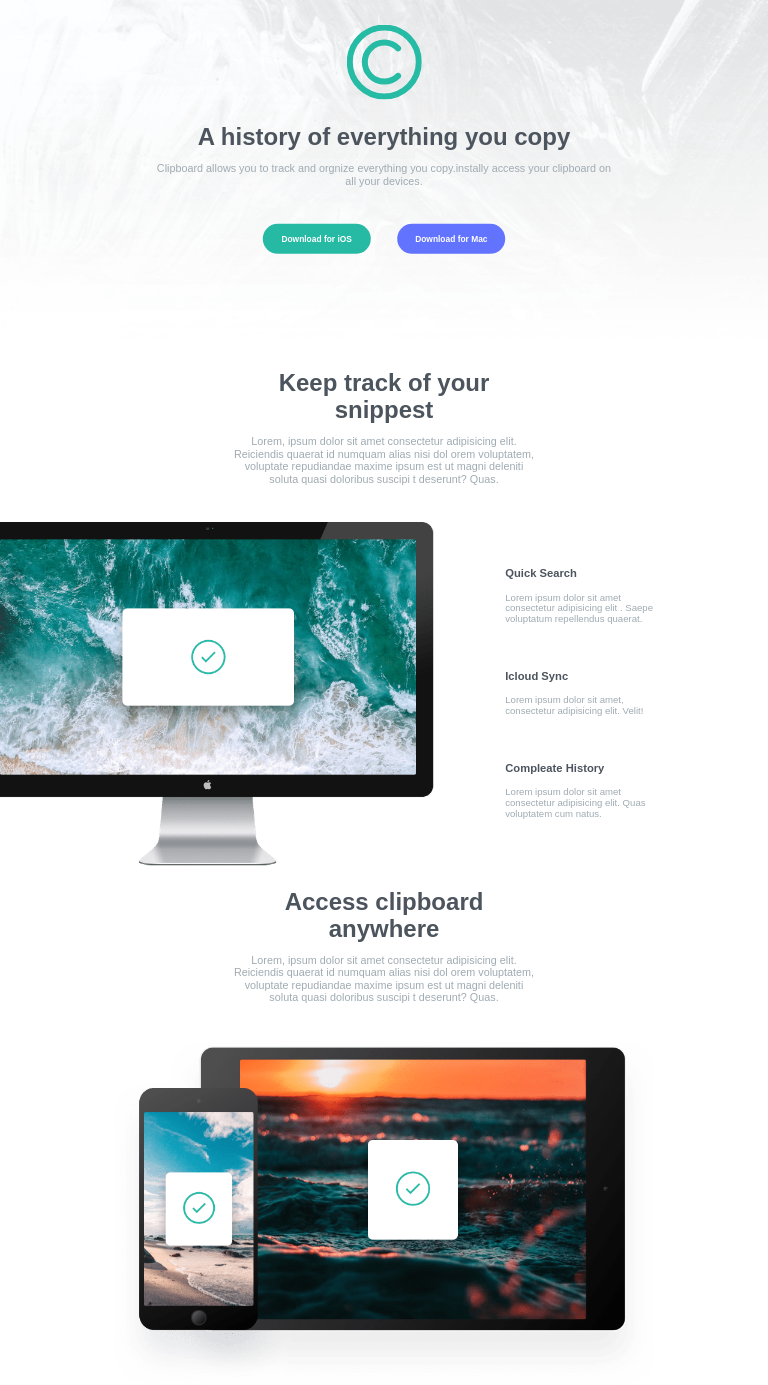
Repository: AbuMulla-Mohammad/clipboard
Page: index.html
An editor plug-in stored every save of this project. The page is shown before and after the next save, followed by the edit.
The browser window is 1280 px wide. The pictures show the whole page, at 60% of full size.
Some web fonts or font styles are not loaded; a fallback is used.

Above is the page before, as saved 2023-11-01 10:53:09.

### index.html
<!DOCTYPE html>
<html lang="en">
<head>
    <meta charset="UTF-8">
    <meta name="viewport" content="width=device-width, initial-scale=1.0">
    <!-- linke the font family -->
    <link rel="preconnect" href="https://fonts.googleapis.com">
    <link rel="preconnect" href="https://fonts.gstatic.com" crossorigin>
    <link href="https://fonts.googleapis.com/css2?family=Bai+Jamjuree:wght@400;600&display=swap" rel="stylesheet">
    <!-- main project style -->
    <link rel="stylesheet" href="css/style.css">
    <title>Document</title>
</head>
<body>

    <!-- start master section -->
<div class="master-section">
    <div class="container">
        <div class="logo">
            <img src="images/logo.svg" alt="logo ">
        </div>
        <div class="content">
            <h1>A history of everything you copy</h1>
            <p>Clipboard allows you to track and orgnize everything you copy.instally access your clipboard on all your devices.</p>
        </div>
        <form action="">
            <input class="ios" type="button" value="Download for iOS">
            <input class="mac" type="button" value="Download for Mac">
        </form>
    </div>
</div>
<!-- end master section -->
<!-- start track -->
<div class="track">
    <div class="contianer">
        <div class="main-heading">
            <h2>Keep track of your snippest</h2>
            <p>Lorem, ipsum dolor sit amet consectetur adipisicing
                elit. Reiciendis quaerat id numquam alias nisi dol
                orem voluptatem, voluptate repudiandae maxime ipsum
                est ut magni deleniti soluta quasi doloribus suscipi
                t deserunt? Quas.
            </p>

        </div>
    </div>
    <img src="images/image-computer.png" alt="computer">
    <!-- <div class="clr"></div> -->
    <div class="items">
        <div class="item">
            <h3>quick search</h3>
            <p>Lorem ipsum dolor sit amet consectetur adipisicing elit
                . Saepe voluptatum repellendus quaerat.</p>
        </div>
        <div class="item">
            <h3>icloud sync</h3>
            <p>Lorem ipsum dolor sit amet, consectetur adipisicing elit. Velit!</p>
        </div>
        <div class="item">
            <h3>compleate history</h3>
            <p>Lorem ipsum dolor sit amet consectetur adipisicing elit. Quas voluptatem cum natus.</p>
        </div>
    </div>
</div>
<!-- end track -->
<!--  -->
<div class="access">
    <div class="main-heading">
        <h2>Access clipboard anywhere</h2>
        <p>Lorem, ipsum dolor sit amet consectetur adipisicing
            elit. Reiciendis quaerat id numquam alias nisi dol
            orem voluptatem, voluptate repudiandae maxime ipsum
            est ut magni deleniti soluta quasi doloribus suscipi
            t deserunt? Quas.
        </p>

    </div>
    <div class="image">
        <img src="images/image-devices.png" alt="devices">
    </div>
</div>


</body>
</html>

### css/style.css
/* start global rules */
*{
    padding: 0;
    margin: 0;
    box-sizing: border-box;
}
img{
    display: block;
}
.clr{
    clear: both;
}
:root{
    --Strong-Cyan: hsl(171, 66%, 44%);
    --Light-Blue: hsl(233, 100%, 69%);
    --Dark-Grayish-Blue: hsl(210, 10%, 33%);
    --Grayish-Blue: hsl(201, 11%, 66%);
}
body{
    font-family: "Bai Jamjuree",sans-serif;
}

.container{
    width: 60%;
    margin: 0 auto 0;

}
.main-heading{
    padding: 40px 0;
    text-align: center;
    margin: auto;
    width: 40%;
}
.main-heading h2{
    margin-bottom: 20px;
    font-size: 40px;
    color: var(--Dark-Grayish-Blue);
    font-weight: 600;
}
.main-heading p{
    font-size: 18px;
    color: var(--Grayish-Blue);
    margin-bottom: 20px;
}
/* end */
/* start master section */
.master-section{
    background-image: url(../images/bg-header-desktop.png);
    height: 80vh;
    background-size: cover;
    text-align: center;
    padding-top: 1px;
}
.master-section .logo{
    margin: 40px auto;
}
.master-section .logo img{
    margin: 0 auto 0;
}
.master-section .content h1{
    margin-bottom: 20px;
    font-weight: 600;
    color: var(--Dark-Grayish-Blue);
    font-size: 40px;
}
.master-section .content p{
    margin: 20px 0px;
    font-size: 18px;
    color: var(--Grayish-Blue);
}
.master-section form input{
    width: 180px;
    height: 50px;
    color: white;
    outline: none;
    border: none;
    border-radius: 30px;
    margin: 40px 20px;
    font-weight: 600;
    font-size: 14px;
    font-family: "Bai Jamjuree",sans-serif;
}
.master-section form .ios{
    background-color: var(--Strong-Cyan);
}
.master-section form .mac{
    background-color: var(--Light-Blue);
}
/* end master section */
/* start track section */
.track{

}
.track img{
    float: left;
    margin:0 120px 10px -30px;

}
.track .items{
    width: 20%;
    overflow: hidden;
}
.track .items .item{
    margin: 75px 0;
    /* background-color: red; */
}
.track .items .item h3{
    text-transform: capitalize;
    color: var(--Dark-Grayish-Blue);
    margin-bottom: 20px;
}
.track .items .item p{
    color: var(--Grayish-Blue);
}
/* end track secton */

/* start access  */
    .image{
        width: fit-content;
        margin: auto;
    }
/* end access */

After the next save:
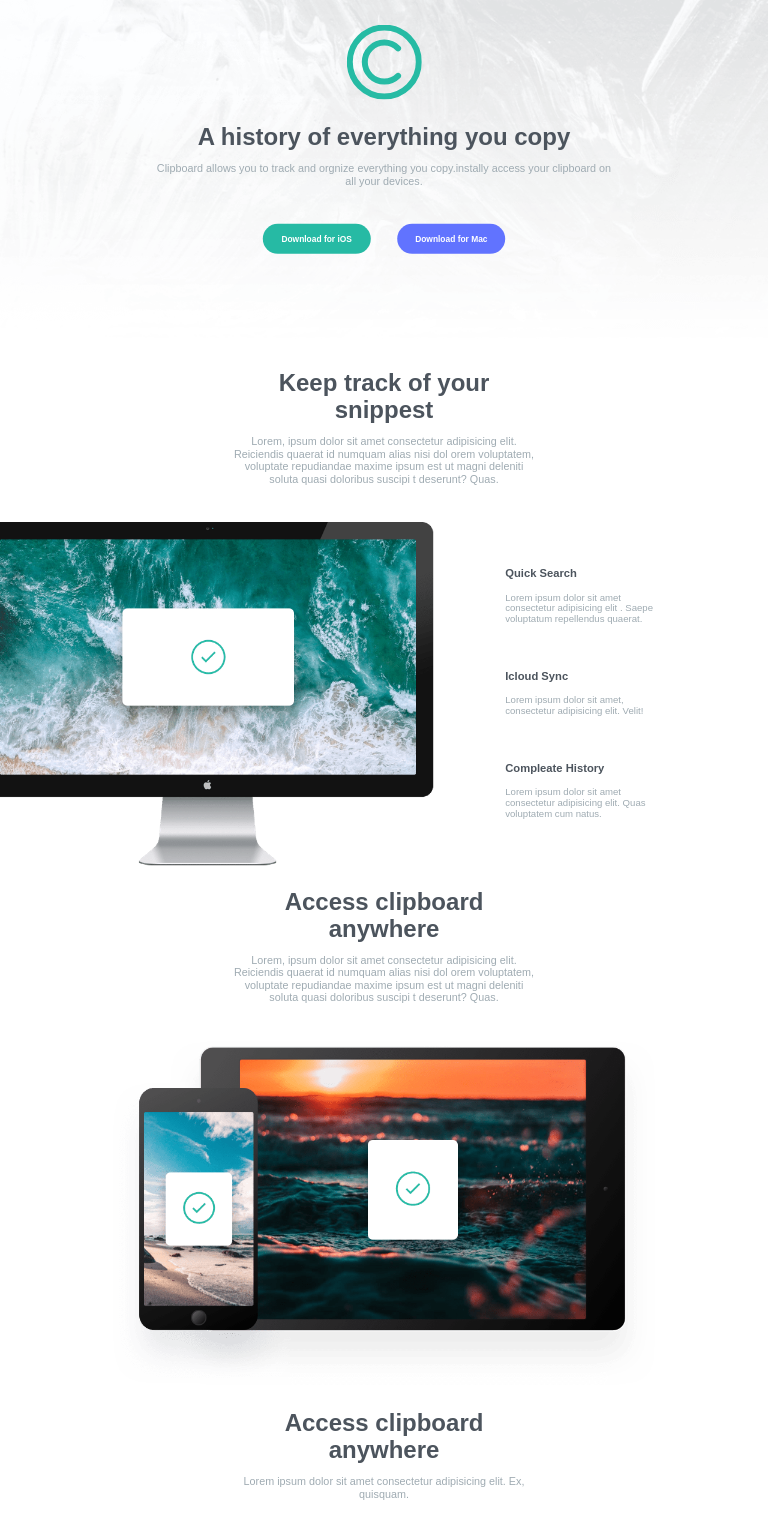
Saved 103 s later.
--- a/index.html
+++ b/index.html
@@ -63,7 +63,7 @@
     </div>
 </div>
 <!-- end track -->
-<!--  -->
+<!--start access  -->
 <div class="access">
     <div class="main-heading">
         <h2>Access clipboard anywhere</h2>
@@ -79,6 +79,18 @@
         <img src="images/image-devices.png" alt="devices">
     </div>
 </div>
+<!-- end access -->
+
+<!-- start workflow -->
+<div class="workflow">
+    <div class="main-heading">
+        <h2>Access clipboard anywhere</h2>
+        <p>Lorem ipsum dolor sit amet consectetur adipisicing elit. Ex, quisquam.
+        </p>
+
+    </div>
+</div>
+<!-- end workflow -->
 
 
 </body>
